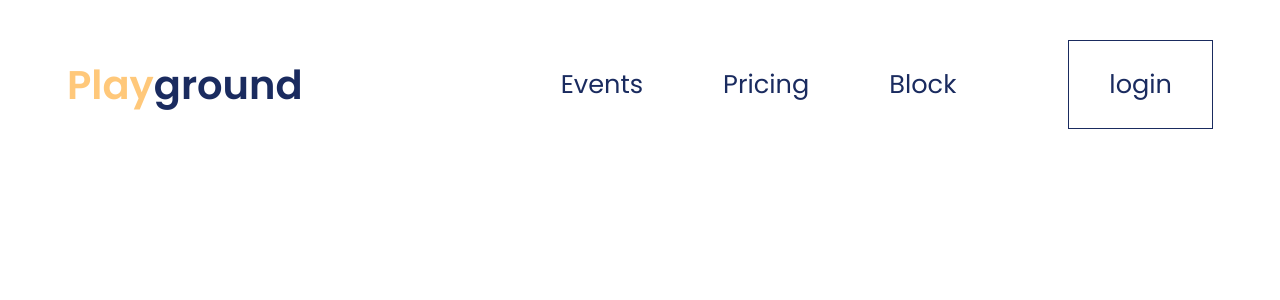
Repository: tuanpham-aptech/front-end
Page: psdtohtml/playgroud/index.html
An editor plug-in stored every save of this project. The page is shown before and after the next save, followed by the edit.
The browser window is 1280 px wide. The pictures show the whole page.
Some web libraries are served in a nearby version.

Above is the page before, as saved 2021-10-13 17:30:07.

After the next save:
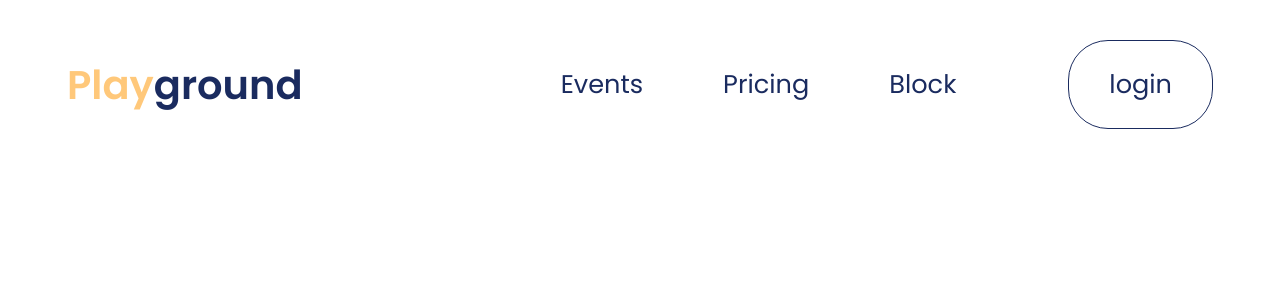
Saved 4 s later.
--- a/psdtohtml/playgroud/assets/css/style.css
+++ b/psdtohtml/playgroud/assets/css/style.css
@@ -57,7 +57,7 @@
     padding: 1.5rem 2.5rem;
     display: inline-block;
     border: 1px solid;
-    bor
+    border-radius: 2.5rem;
 }
 .logo {
     font-size: 2.5rem;
